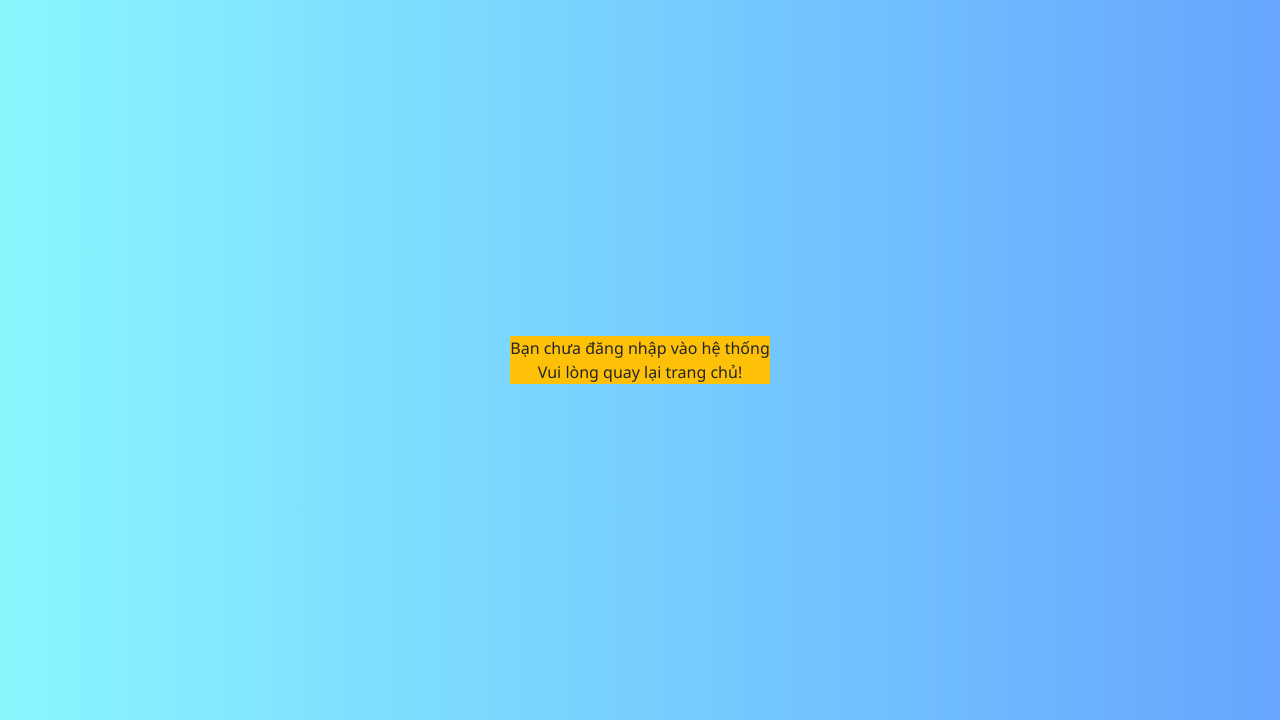
Repository: manhtdxxx/Tour-Booking-Webapp
Page: http://localhost/bookingTour/changepassword.jsp
The author's editor kept a copy of each file at every save. The page is drawn from the files as they stood at one save, then again after the next save.
The browser window is 1280 px wide. The pictures show the whole page.
The page is served by Tomcat 9.

Above is the page before, as saved 2024-11-11 09:59:00.
Console error: TypeError: Cannot read properties of null (reading 'addEventListener')

After the next save:
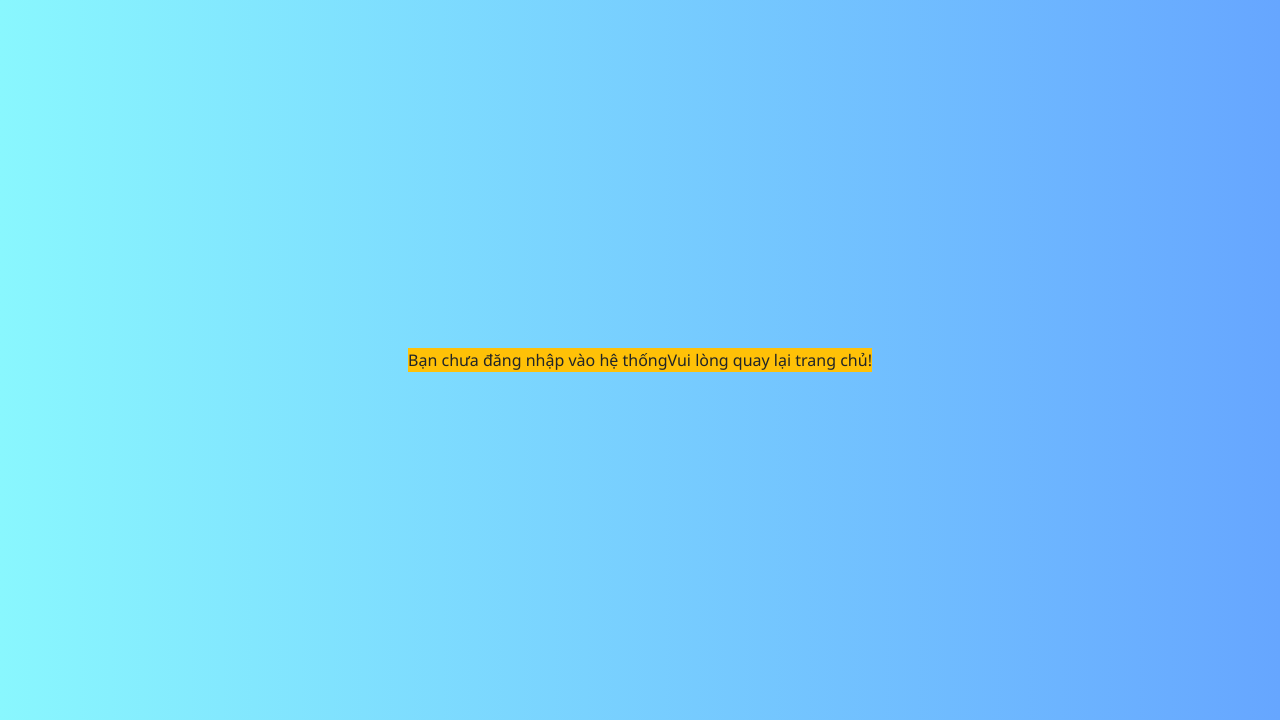
Saved 4 s later.
--- a/bookingTour/src/main/webapp/changepassword.jsp
+++ b/bookingTour/src/main/webapp/changepassword.jsp
@@ -86,7 +86,7 @@ h2 {
 	if (khachHang == null) {
 	%>
 	<div class="text-center bg-warning">
-		Bạn chưa đăng nhập vào hệ thống <br > Vui lòng quay lại trang chủ!
+		Bạn chưa đăng nhập vào hệ thốngVui lòng quay lại trang chủ!
 	</div>
 	<%
 	} else {
